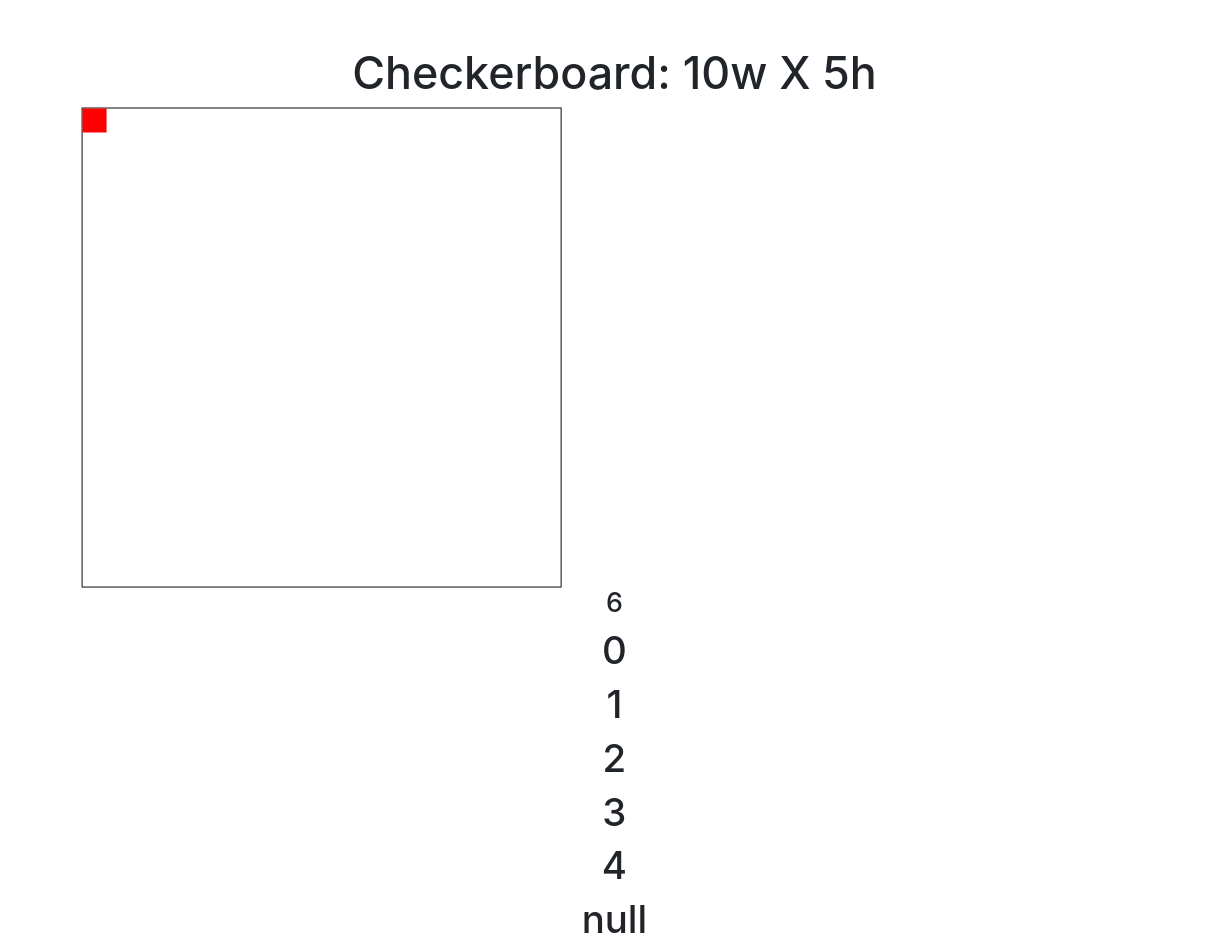
Repository: ACow3/java
Page: http://localhost/Checkerboard/checkerboard.jsp
The author's editor kept a copy of each file at every save. The page is drawn from the files as they stood at one save, then again after the next save.
The browser window is 1280 px wide. The pictures show the whole page, at 96% of full size.
The page is served by Tomcat 9.

Above is the page before, as saved 2019-08-09 00:54:51.

After the next save:
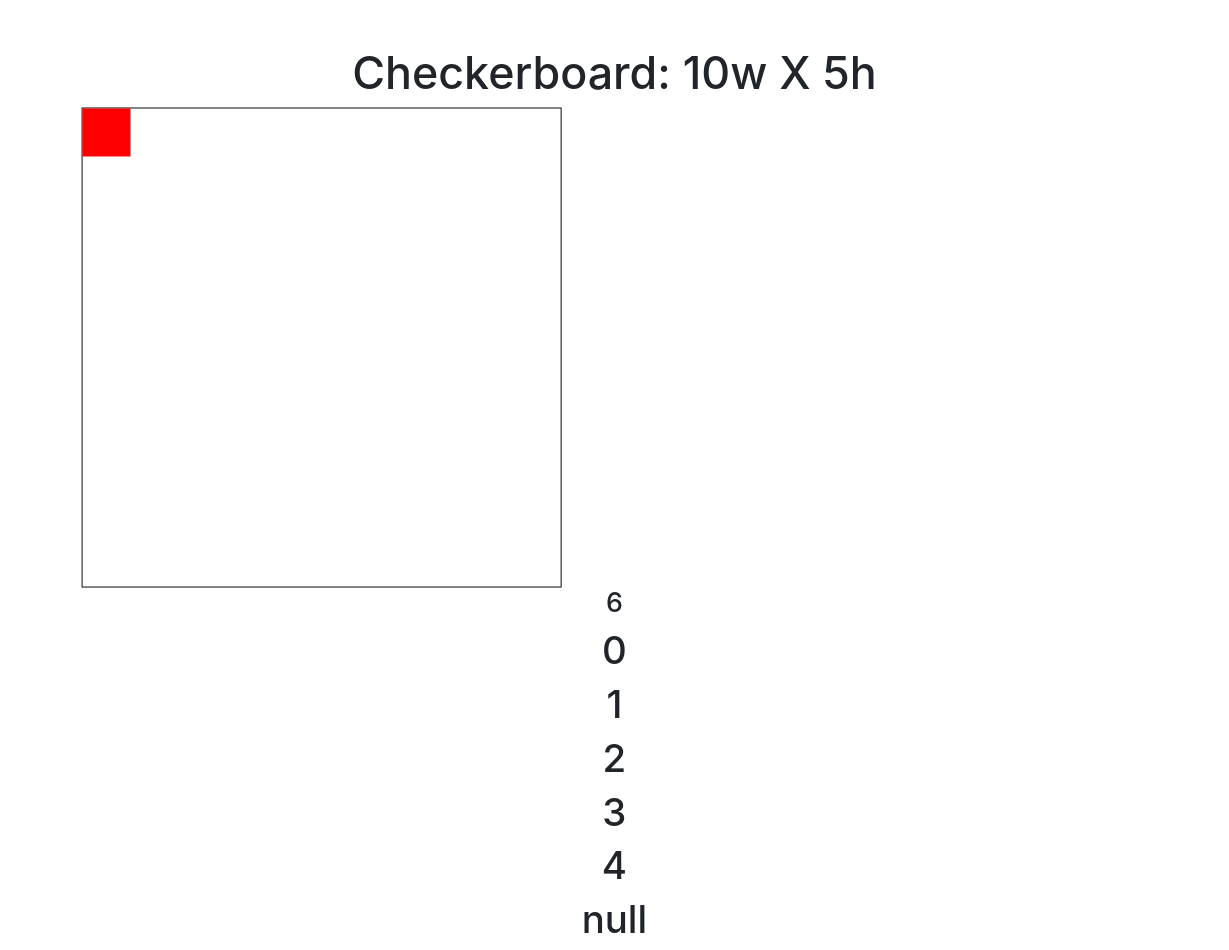
Saved 8 s later.
--- a/javaOOP/Checkerboard/WebContent/checkerboard.jsp
+++ b/javaOOP/Checkerboard/WebContent/checkerboard.jsp
@@ -23,8 +23,8 @@
 		height: 500px;
 	}
 	.red_box{
-		width: 25px;
-		height: 25px;
+		width: 50px;
+		height: 50px;
 		background-color: red;
 
 	}
